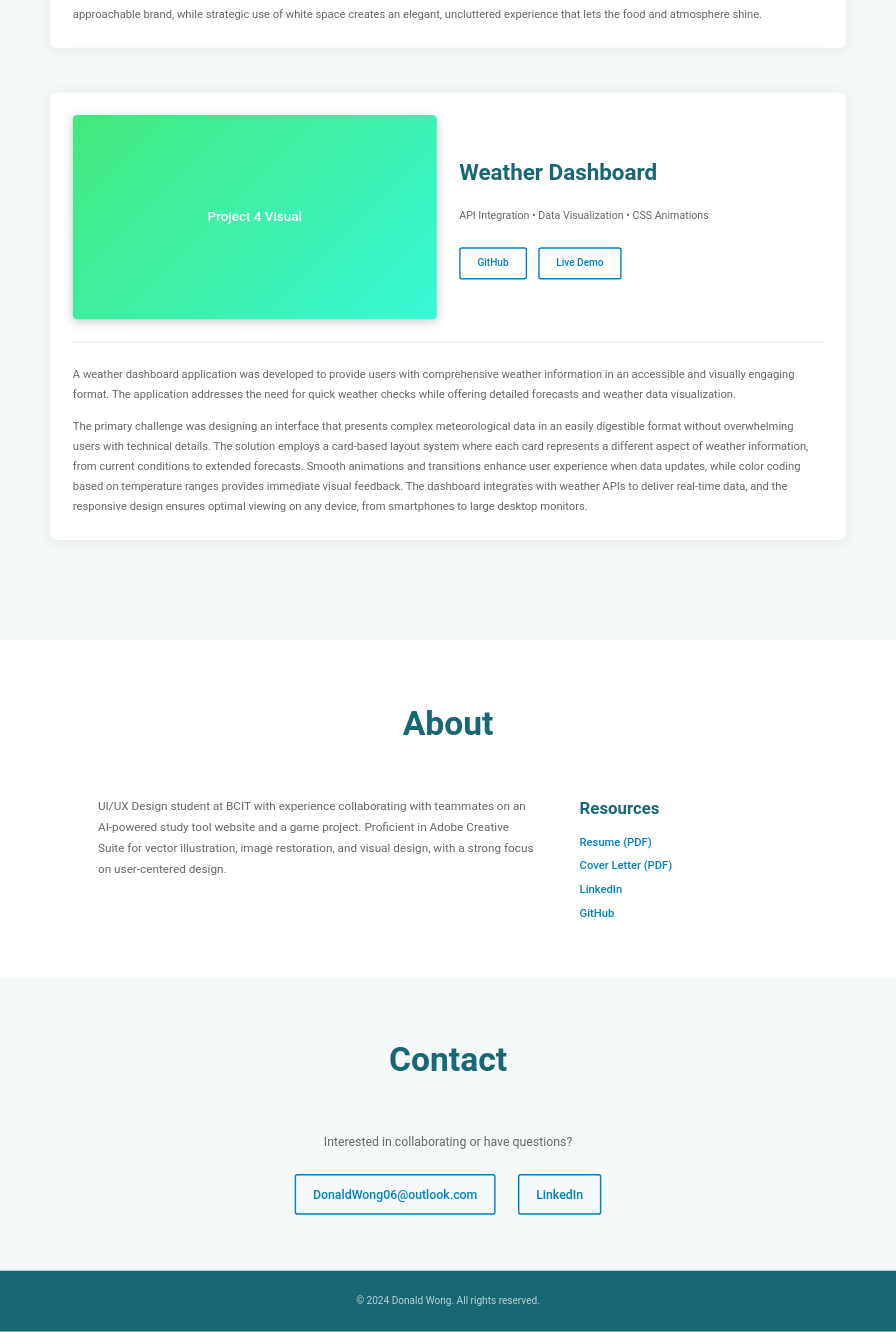
Repository: DonaldCWong/portfolio
Page: index.html
The author's editor kept a copy of each file at every save. The page is drawn from the files as they stood at one save, then again after the next save.
The browser window is 1280 px wide. The pictures show the part of the page from y = 2975 to 4895 px (the page is 4878 px tall before and 4895 px after), at 70% of full size.

Above is the page before, as saved 2026-01-08 15:39:34.

After the next save:
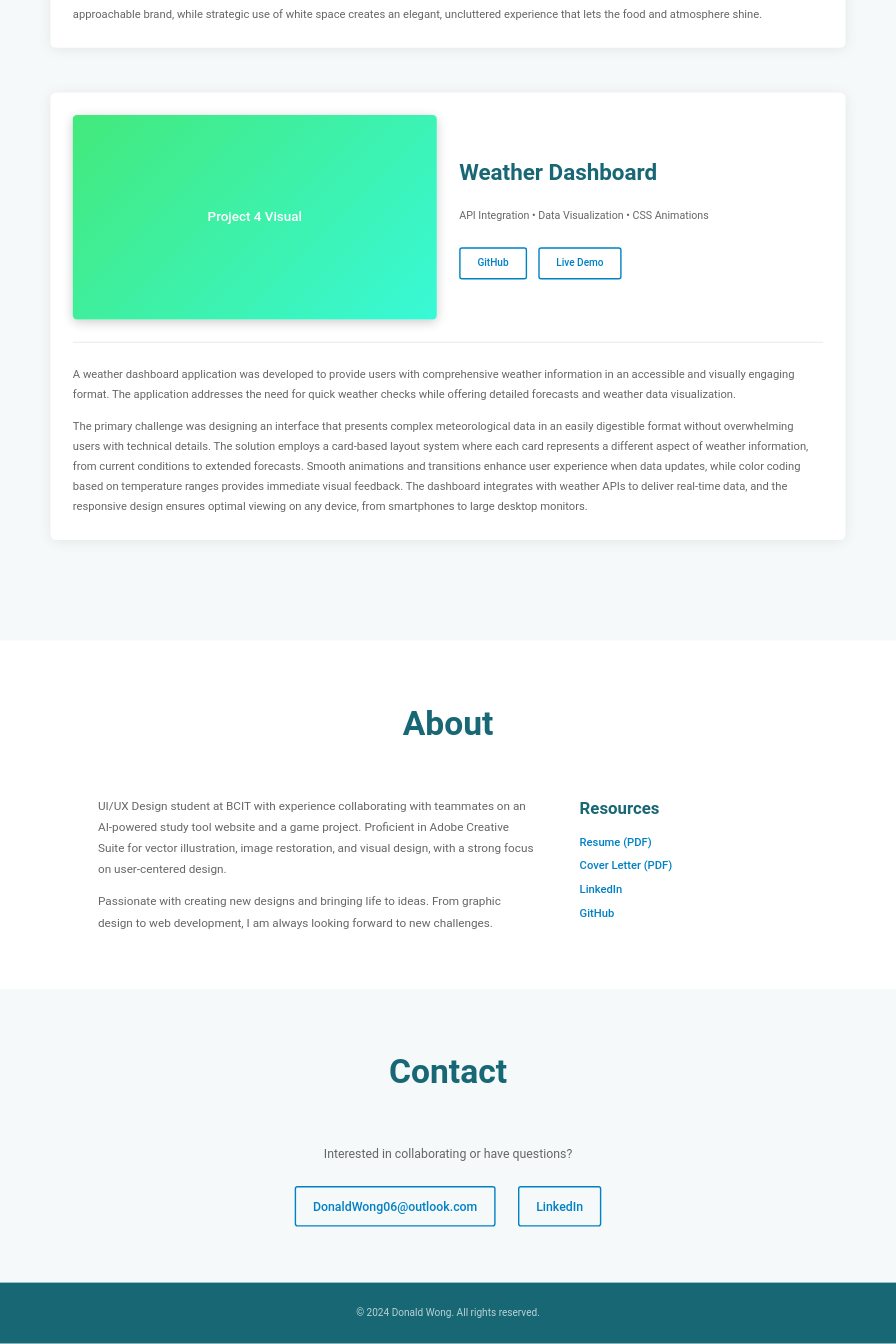
Saved 2 min 32 s later.
--- a/index.html
+++ b/index.html
@@ -155,6 +155,8 @@
                 <div class="about-text">
                     <p>
                       UI/UX Design student at BCIT with experience collaborating with teammates on an AI-powered study tool website and a game project. Proficient in Adobe Creative Suite for vector illustration, image restoration, and visual design, with a strong focus on user-centered design.
+                    <p>
+                        Passionate with creating new designs and bringing life to ideas. From graphic design to web development, I am always looking forward to new challenges.
                     </p>
                 </div>
                 <div class="about-links">
